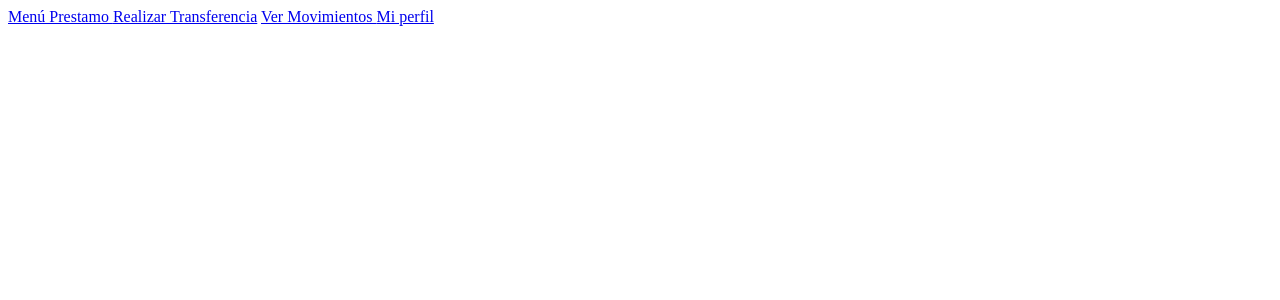
Repository: oskiman18/TP-Final
Page: http://localhost/Tp_integrador_grupo_2/home.jsp
An editor plug-in stored every save of this project. The page is shown before and after the next save, followed by the edit.
The browser window is 1280 px wide. The pictures show the whole page.
The page is served by Tomcat 9.

Above is the page before, as saved 2021-06-23 16:10:34.

### Tp_integrador_grupo_2/src/main/webapp/home.jsp
<%@ page language="java" contentType="text/html; charset=ISO-8859-1"
    pageEncoding="ISO-8859-1"%>
<!DOCTYPE html>
<html>
<head>
<meta charset="ISO-8859-1">
<title> Home </title>
</head>

	<body>
		<a href='prestamos.jsp'> Menú Prestamo </a>
		<a href='transferir.jsp'> Realizar Transferencia</a>
		<a href='historial.jsp'> Ver Movimientos </a>
		<a href='perfil.jsp'> Mi perfil </a>
	</body>

</html>

After the next save:
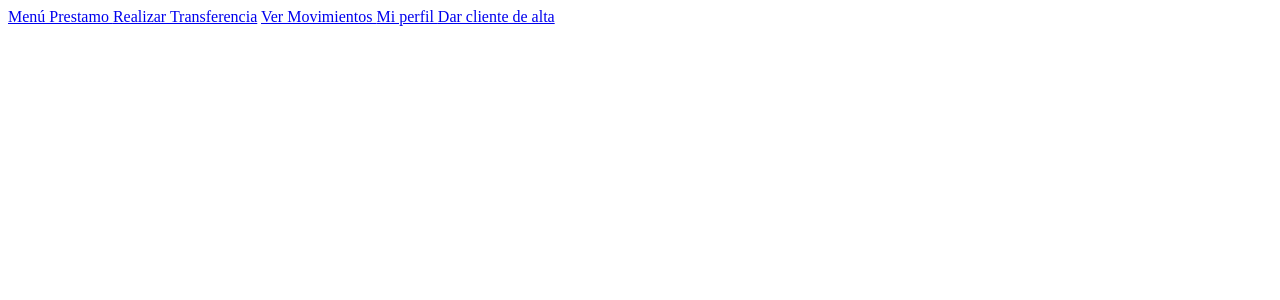
Saved 57 s later.
--- a/Tp_integrador_grupo_2/src/main/webapp/home.jsp
+++ b/Tp_integrador_grupo_2/src/main/webapp/home.jsp
@@ -12,6 +12,7 @@
 		<a href='transferir.jsp'> Realizar Transferencia</a>
 		<a href='historial.jsp'> Ver Movimientos </a>
 		<a href='perfil.jsp'> Mi perfil </a>
+		<a href='registro.jsp'> Dar cliente de alta</a>
 	</body>
 
 </html>
